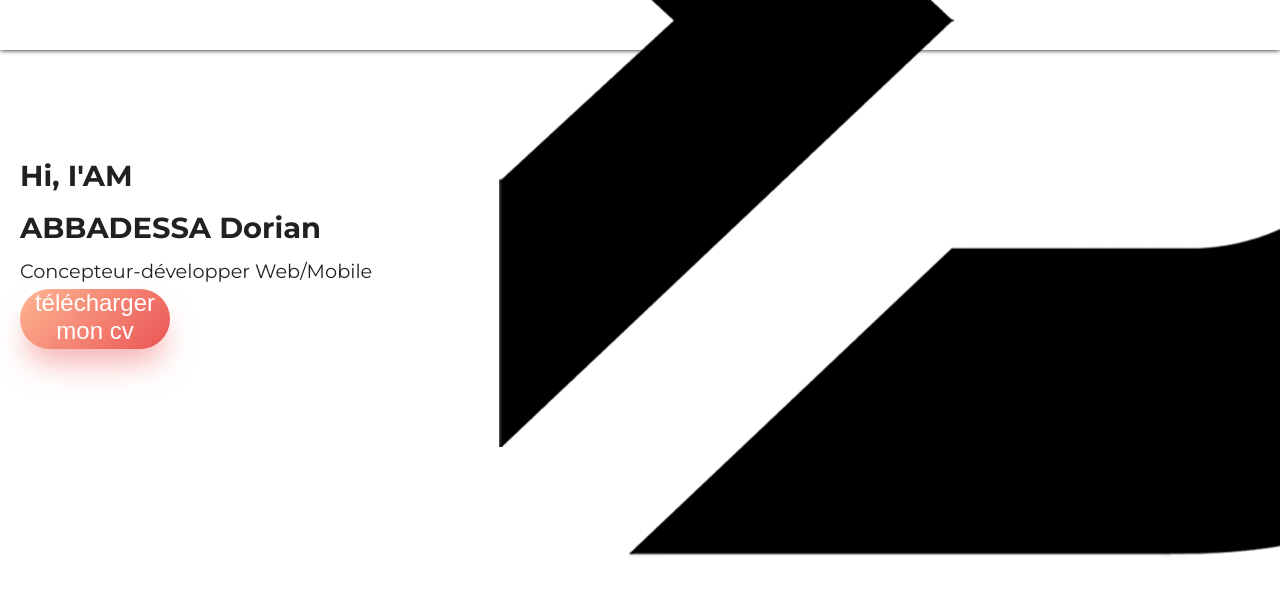
Repository: DorianABDS/Portfolio-ABBADESSA-Dorian
Page: index.html
An editor plug-in stored every save of this project. The page is shown before and after the next save, followed by the edit.
The browser window is 1280 px wide. The pictures show the window.
A layer covers the whole window, so only the first screen is drawn.

Above is the page before, as saved 2024-11-27 00:06:30.

After the next save:
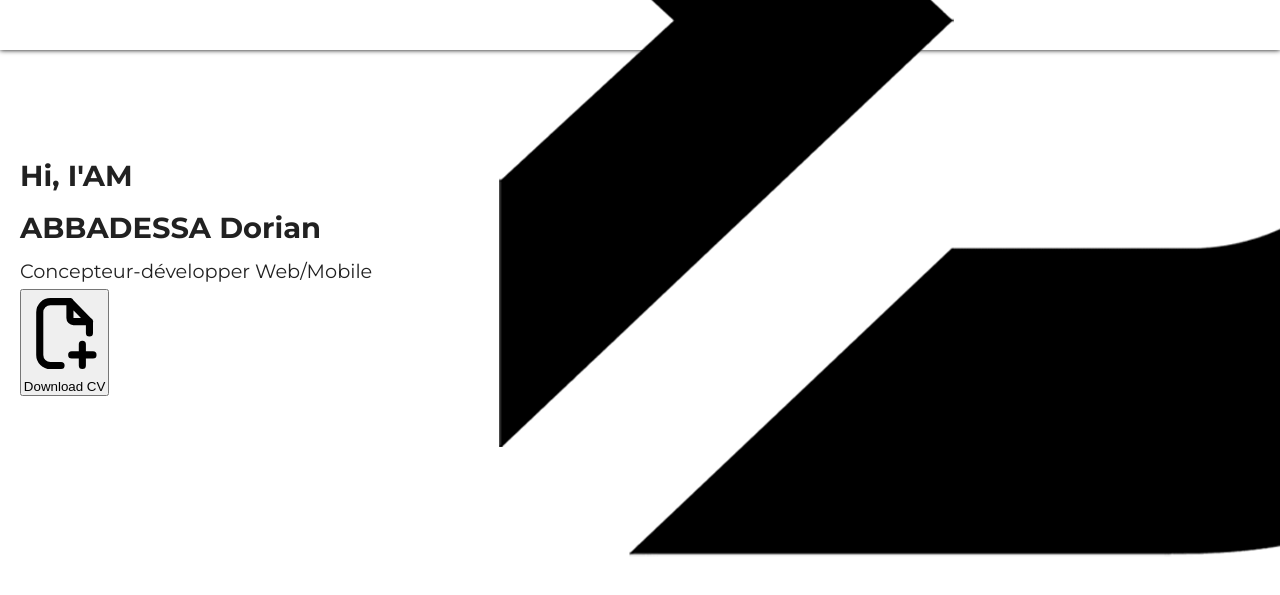
Saved 3 min 11 s later.
--- a/index.html
+++ b/index.html
@@ -36,7 +36,32 @@
                 <h1><span>ABBADESSA Dorian</span></h1>
                 <p>Concepteur-développer Web/Mobile</p>
                 <!-- <a href="#">télécharger mon cv</a> -->
-                <button class="btn">télécharger mon cv</button>
+                <button>
+                    <svg
+                      aria-hidden="true"
+                      stroke="currentColor"
+                      stroke-width="2"
+                      viewBox="0 0 24 24"
+                      fill="none"
+                      xmlns="http://www.w3.org/2000/svg"
+                    >
+                      <path
+                        stroke-width="2"
+                        stroke="#fffffff"
+                        d="M13.5 3H12H8C6.34315 3 5 4.34315 5 6V18C5 19.6569 6.34315 21 8 21H11M13.5 3L19 8.625M13.5 3V7.625C13.5 8.17728 13.9477 8.625 14.5 8.625H19M19 8.625V11.8125"
+                        stroke-linejoin="round"
+                        stroke-linecap="round"
+                      ></path>
+                      <path
+                        stroke-linejoin="round"
+                        stroke-linecap="round"
+                        stroke-width="2"
+                        stroke="#fffffff"
+                        d="M17 15V18M17 21V18M17 18H14M17 18H20"
+                      ></path>
+                    </svg>
+                    Download CV
+                  </button>
             </div>
         </section>
     </main>
